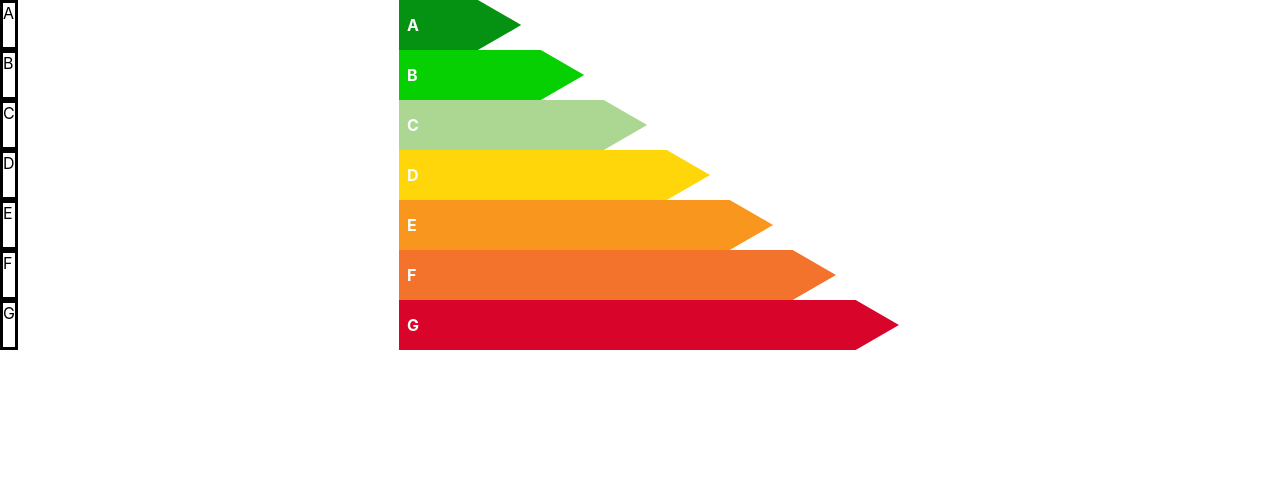
Repository: abdouAppcraft/Predict-DPE
Page: /result
These files come from the project's save history. The page is drawn as it stood at one moment and after the next save; the edit follows.
The browser window is 1280 px wide. The pictures show the whole page.
The project was rebuilt for these pictures with package versions that can differ from the ones it lists, and the page was loaded fresh each time. Also part of the build but not shown: src/hooks/useDpeOptions.tsx, src/strings/string.ts, src/utils/computeData.ts, src/screens/PredictForm/PredictForm.css, src/screens/PredictForm/PredictForm.tsx.

Above is the page before, as saved 2024-06-12 10:17:48.

### src/App.tsx
import React from "react";
import PredictForm from "./screens/PredictForm/PredictForm";
import { createBrowserRouter, RouterProvider } from "react-router-dom";
import Result from "./screens/Result/Result";

const router = createBrowserRouter([
  {
    path: "/",
    Component: PredictForm,
  },
  {
    path: "/result",
    Component: Result,
  },
]);

const App: React.FC = () => {
  return (
    <>
      <RouterProvider router={router} />
    </>
  );
};

export default App;

### src/screens/Result/Result.tsx
import React from "react";
import "./Result.css";
import { DpeGesType } from "../PredictForm/PredictForm";

interface Props extends Partial<DpeGesType> {}

const letter = [
  { label: "G", color: "#d90429" },
  { label: "F", color: "#f3722c" },
  { label: "E", color: "#f8961e" },
  { label: "D", color: "#ffd60a" },
  { label: "C", color: "#ACD793" },
  { label: "B", color: "#06D001" },
  { label: "A", color: "#059212" },
];

const Result: React.FC<Props> = (props) => {
  return (
    <div style={{ display: "flex" }}>
      <div
        style={{
          display: "flex",
          flexDirection: "column-reverse",
          justifyContent: "space-between",
        }}
      >
        {letter.map((l) => {
          return (
            <div
              style={{ height: 50, border: "solid", boxSizing: "border-box" }}
            >
              {l.label}
            </div>
          );
        })}
      </div>
      <div
        style={{
          flex: 1,
          maxWidth: 500,
          display: "flex",
          flexDirection: "column-reverse",
          margin: "auto",
        }}
      >
        {letter.map((l, index) => (
          <ResultItem {...l} flex={(letter.length - index) / letter.length} />
        ))}
      </div>
    </div>
  );
};

export default Result;

const ResultItem: React.FC<{ flex: number; label: string; color: string }> = ({
  flex,
  label,
  color,
}) => {
  return (
    <div>
      <div style={{ display: "flex", height: 50 }}>
        <div
          style={{
            flex,
            backgroundColor: color,
            placeContent: "center",
            fontWeight: "bold",
            color: "white",
            padding: ".5rem",
          }}
        >
          {label}
        </div>
        <div style={{ backgroundColor: color }} className=" triangle"></div>
      </div>
    </div>
  );
};

### src/screens/Result/Result.css
/* HTML: <div class="triangle"></div> */
.shape {
    background: linear-gradient(45deg,#FA6900,#C02942);

}

.triangle {
    aspect-ratio: cos(30deg);
    clip-path: polygon(0 0,100% 50%,0 100%);
  }

Loaded but not shown: public/index.html (common file); src/index.tsx (common file); src/index.css (common file); src/reportWebVitals.ts (common file)

After the next save:
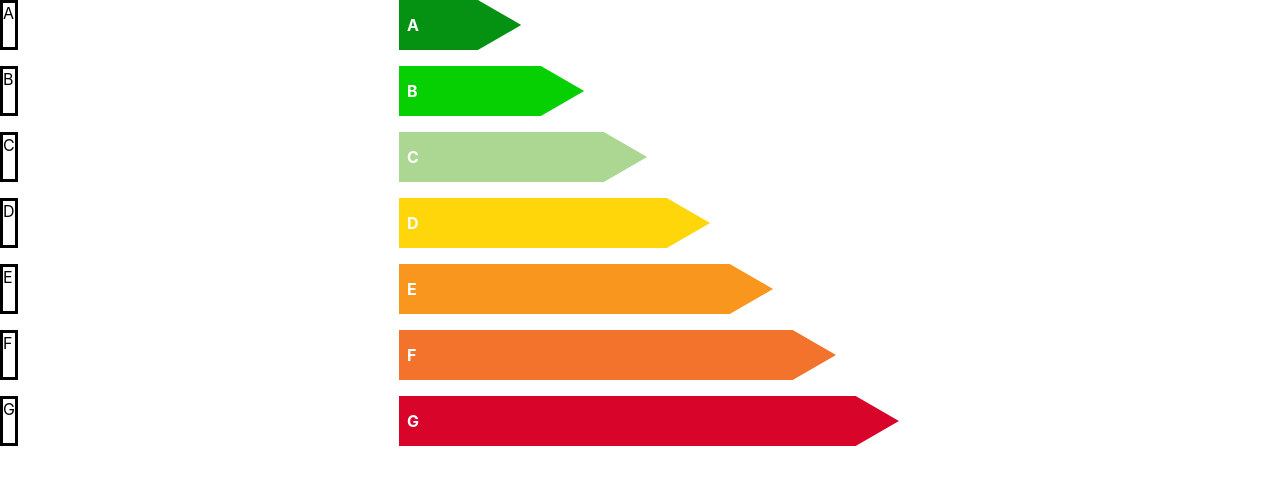
Saved 14 s later.
--- a/src/screens/Result/Result.tsx
+++ b/src/screens/Result/Result.tsx
@@ -41,6 +41,7 @@ const Result: React.FC<Props> = (props) => {
           display: "flex",
           flexDirection: "column-reverse",
           margin: "auto",
+          gap: "1rem",
         }}
       >
         {letter.map((l, index) => (
